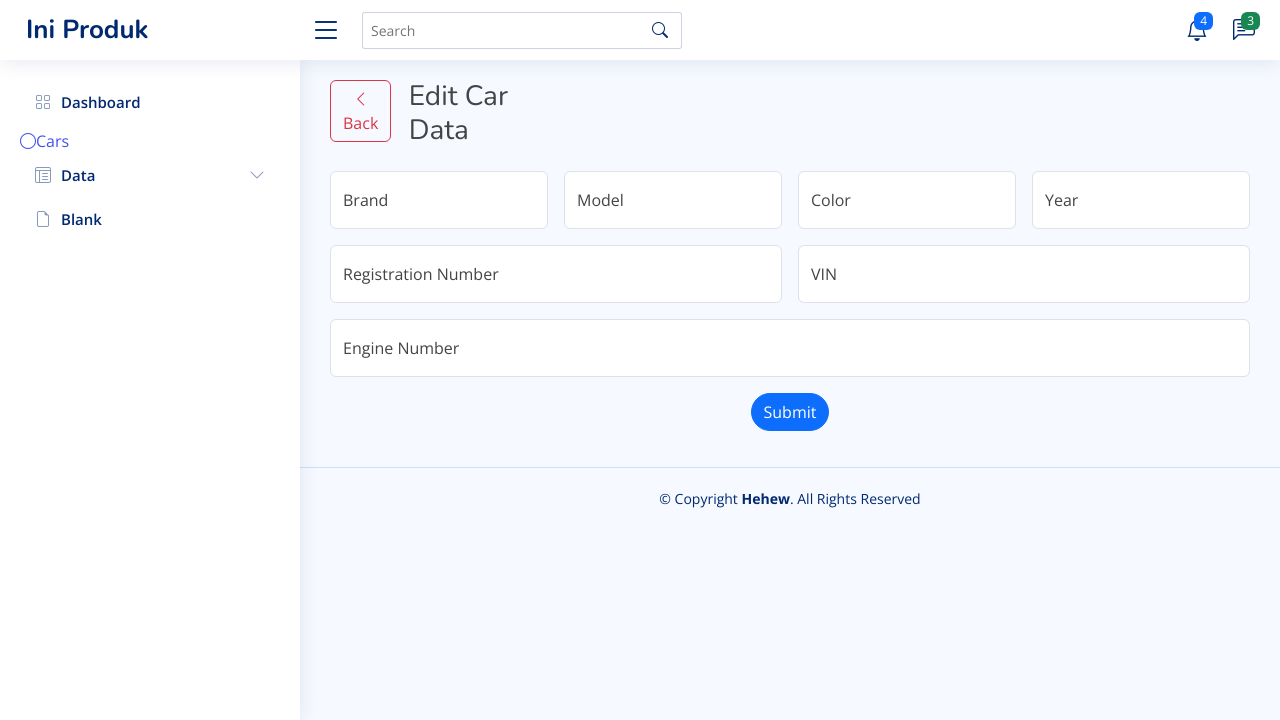
Repository: Jistoper/car_rental
Page: http://localhost/edit
These files come from the project's save history. The page is drawn as it stood at one moment and after the next save; the edit follows.
The browser window is 1280 px wide. The pictures show the whole page.
The page is served by the project's Laravel application, run on PHP 8.4 with Laravel 9. Other server files are loaded and not shown.

Above is the page before, as saved 2023-06-25 16:12:40.

### routes/web.php
<?php

use Illuminate\Support\Facades\Route;
use App\Http\Controllers\carcontroller;

/*
|--------------------------------------------------------------------------
| Web Routes
|--------------------------------------------------------------------------
|
| Here is where you can register web routes for your application. These
| routes are loaded by the RouteServiceProvider within a group which
| contains the "web" middleware group. Now create something great!
|
*/

Route::get('/dashboard', function () {
    return view('backsite.dashboard');
})->name('dashboard');

Route::controller(CarController::class)->as('car.')->group(function(){
    Route::get('/car', 'getall')->name('getall');
    Route::get('/create', 'create')->name('create');
    Route::post('/create', 'storeCar')->name('store');
    Route::get('/edit', 'editView')->name('edit');
    Route::post('/edit', 'storeEdit')->name('storeEdit');
    Route::delete('/car_delete_', 'delete')->name('delete');

    Route::get('/rent', 'getList')->name('getList');
    Route::get('/rent_car', 'rentView')->name('rentView');
    Route::post('/car/rent/{$car_id}', 'storeRent')->name('storeRent');
});

### app/Http/Controllers/carcontroller.php
<?php

namespace App\Http\Controllers;

use Illuminate\Http\Request;
use Illuminate\Support\Facades\Http;
use Illuminate\Support\Facades\View;


class CarController extends Controller
{
    // Start Car Data---------------------------------------------------------------------------------------
    public function getall()
    {
        $response = Http::get('http://localhost:8080/api/cars');
        $cars = json_decode($response, true);

        return view('backsite.content.car.cartable', ['Cars' => $cars['Cars']]);
    }

    public function create()
    {
        return view('backsite.content.car.createcar');
    }

    public function storeCar(Request $request)
    {
        $data = [
            "brand" => $request->brand,
            "model" => $request->model,
            "year" => intval($request->year),
            "registration_number" => $request->registration_number,
            "vin" => $request->vin,
            "engine_number" => $request->engine_number,
            "color" => $request->color,
            "is_available" => true
        ];

        $token = "eyJhbGciOiJIUzI1NiIsInR5cCI6IkpXVCJ9.eyJleHAiOjE2ODkxNjgwMjMsInN1YiI6InRlc3QxMiJ9.-ezLSqJzIuUbum_p1NXeInNHkG953SP_4fMdbOgrlUo"; // Replace with your actual auth token

        $response = Http::withHeaders([
            "Authorization" => "Bearer " . $token,
            "Content-Type" => "application/json",
        ])->post('http://localhost:8080/api/cars', $data);

        return redirect()->route('car.getall');
    }

    public function editView(Request $request)
    {
        $data = [
            "car_id" => $request->car_id,
            "brand" => $request->brand,
            "model" => $request->model,
            "year" => $request->year,
            "registration_number" => $request->registration_number,
            "vin" => $request->vin,
            "engine_number" => $request->engine_number,
            "color" => $request->color,
        ];

        return view('backsite.content.car.editcar')->with('data', $data);
    }

    public function storeEdit(Request $request)
    {
        $car_id = $request->input('car_id');

        $data = [
            "brand" => $request->brand,
            "model" => $request->model,
            "year" => intval($request->year),
            "registration_number" => $request->registration_number,
            "vin" => $request->vin,
            "engine_number" => $request->engine_number,
            "color" => $request->color,
            "is_available" => true
        ];

        $token = "eyJhbGciOiJIUzI1NiIsInR5cCI6IkpXVCJ9.eyJleHAiOjE2ODkxNjgwMjMsInN1YiI6InRlc3QxMiJ9.-ezLSqJzIuUbum_p1NXeInNHkG953SP_4fMdbOgrlUo"; // Replace with your actual auth token

        $response = Http::withHeaders([
            "Authorization" => "Bearer " . $token,
            "Content-Type" => "application/json",
        ])->put('http://localhost:8080/api/cars/' . $car_id, $data);

        return redirect()->route('car.getall');
    }

    public function delete(Request $request)
    {
        $car_id = $request->input('car_id');

        $data = [
            "id" => $car_id,
        ];

        $token = "eyJhbGciOiJIUzI1NiIsInR5cCI6IkpXVCJ9.eyJleHAiOjE2ODkxNjgwMjMsInN1YiI6InRlc3QxMiJ9.-ezLSqJzIuUbum_p1NXeInNHkG953SP_4fMdbOgrlUo";

        $response = Http::withHeaders([
            "Authorization" => "Bearer " . $token,
            "Content-Type" => "application/json",
        ])->delete('http://localhost:8080/api/cars', $data);

        return redirect()->back()->with('success', 'Car data deleted successfully.');
    }
    // End Car Data

    // Start Rent Data----------------------------------------------------------------------------------
    public function getList()
    {
        $response = Http::get('http://localhost:8080/api/cars');
        $cars = json_decode($response, true);

        return view('backsite.content.rent.renttable', ['Cars' => $cars['Cars']]);
    }

    public function rentView(Request $request)
    {
        $data = [
            "car_id" => $request->car_id,
            "brand" => $request->brand,
            "model" => $request->model,
            "registration_number" => $request->registration_number,
            "color" => $request->color,
        ];

        return view('backsite.content.rent.createrent')->with('data', $data);
    }

    public function storeRent(Request $request)
    {
        $data = [
            "user_id" => 2,
            "car_id" => $request->input('car_id'),
            "usage_region" => $request->usage_region,
            "rental_date" => $request->registration_number,
            "return_date" => $request->vin,
            "total_price" => $request->total_price,
            "is_completed" => false
        ];

        $token = "eyJhbGciOiJIUzI1NiIsInR5cCI6IkpXVCJ9.eyJleHAiOjE2ODkxNjgwMjMsInN1YiI6InRlc3QxMiJ9.-ezLSqJzIuUbum_p1NXeInNHkG953SP_4fMdbOgrlUo"; // Replace with your actual auth token

        $response = Http::withHeaders([
            "Authorization" => "Bearer " . $token,
            "Content-Type" => "application/json",
        ])->put('http://localhost:8080/api/cars/' . $car_id, $data);

        return redirect()->route('car.getlist');
    }
    // End Rent Data
}

### resources/views/backsite/content/car/editcar.blade.php
@extends('backsite.dashboard')

@section('content')

<div>
  <div class="row mb-3">
    <div class="col-md-1">
      <a type="button" href="{{ route('car.getall') }}" class="btn btn-outline-danger bi-chevron-left"> Back</a>
    </div>
    <h3 class="col-md-2">Edit Car Data</h3>
  </div>
    <form action="{{ route('car.storeEdit') }}" method="POST" class="row g-3">
        @csrf
        <input type="hidden" name="car_id" id="car_id" value="{{ $data['car_id'] }}">
        <div class="col-md-3">
            <div class="form-floating">
                <input type="text" name="brand" id="brand" class="form-control @error('brand') border-red-500 @enderror" value="{{ $data['brand'] }}" placeholder="Brand">
                <label for="brand">Brand</label>
            </div>
        </div>
        <div class="col-md-3">
            <div class="form-floating">
                <input type="text" name="model" id="model" class="form-control @error('model') border-red-500 @enderror" value="{{ $data['model'] }}" placeholder="Model">
                <label for="model">Model</label>
            </div>
        </div>
        <div class="col-md-3">
            <div class="form-floating">
                <input type="text" name="color" id="color" class="form-control @error('color') border-red-500 @enderror" value="{{ $data['color'] }}" placeholder="Color">
                <label for="color">Color</label>
            </div>
        </div>
        <div class="col-md-3">
            <div class="form-floating">
                <input type="text" name="year" id="year" class="form-control @error('year') border-red-500 @enderror" value="{{ $data['year'] }}" placeholder="Year">
                <label for="year">Year</label>
            </div>
        </div>
        <div class="col-md-6">
          <div class="form-floating">
            <input type="text" name="registration_number" id="registration_number" class="form-control @error('registration_number') border-red-500 @enderror" value="{{ $data['registration_number'] }}" placeholder="Registration Number">
            <label for="registration_number">Registration Number</label>
          </div>
        </div>
        <div class="col-md-6">
          <div class="col-md-12">
            <div class="form-floating">
                <input type="text" name="vin" id="vin" class="form-control @error('vin') border-red-500 @enderror" value="{{ $data['vin'] }}" placeholder="VIN">
              <label for="vin">VIN</label>
            </div>
          </div>
        </div>
        <div class="col-md-12">
          <div class="form-floating">
            <input type="text" name="engine_number" id="engine_number" class="form-control @error('engine_number') border-red-500 @enderror" value="{{ $data['engine_number'] }}" placeholder="Engine Number">
            <label for="engine_number">Engine Number</label>
          </div>
        </div>
        <div class="text-center mb-3">
            <button class="btn btn-primary rounded-pill" onclick="getContent()" type="submit">
                <span>
                    Submit
                </span>
            </button>
        </div>
      </form><!-- End floating Labels Form -->
</div>

@endsection

### resources/views/backsite/partials/sidebar.blade.php
<aside id="sidebar" class="sidebar">

    <ul class="sidebar-nav" id="sidebar-nav">

      <li class="nav-item">
        <a class="nav-link collapsed" href="{{ route('dashboard') }}">
          <i class="bi bi-grid"></i>
          <span>Dashboard</span>
        </a>
      </li><!-- End Dashboard Nav -->

      <li class="nav-item">
        <li>
          <a href="{{ route('car.getall') }}">
            <i class="bi bi-circle"></i><span>Cars</span>
          </a>
        </li>
        <a class="nav-link collapsed" data-bs-target="#tables-nav" data-bs-toggle="collapse" href="#">
          <i class="bi bi-layout-text-window-reverse"></i><span>Data</span><i class="bi bi-chevron-down ms-auto"></i>
        </a>
        <ul id="tables-nav" class="nav-content collapse " data-bs-parent="#sidebar-nav">
          <li>
            <a href="{{ route('car.getList') }}">
              <i class="bi bi-circle"></i><span>Rental</span>
            </a>
          </li>
        </ul>
      </li><!-- End Tables Nav -->

      {{-- <li class="nav-item">
        <a class="nav-link collapsed" data-bs-target="#forms-nav" data-bs-toggle="collapse" href="#">
          <i class="bi bi-journal-text"></i><span>Forms</span><i class="bi bi-chevron-down ms-auto"></i>
        </a>
        <ul id="forms-nav" class="nav-content collapse " data-bs-parent="#sidebar-nav">
          <li>
            <a href="forms-elements.html">
              <i class="bi bi-circle"></i><span>Form Elements</span>
            </a>
          </li>
          <li>
            <a href="forms-layouts.html">
              <i class="bi bi-circle"></i><span>Form Layouts</span>
            </a>
          </li>
          <li>
            <a href="forms-editors.html">
              <i class="bi bi-circle"></i><span>Form Editors</span>
            </a>
          </li>
          <li>
            <a href="forms-validation.html">
              <i class="bi bi-circle"></i><span>Form Validation</span>
            </a>
          </li>
        </ul>
      </li>

      <li class="nav-item">
        <a class="nav-link collapsed" data-bs-target="#icons-nav" data-bs-toggle="collapse" href="#">
          <i class="bi bi-gem"></i><span>Icons</span><i class="bi bi-chevron-down ms-auto"></i>
        </a>
        <ul id="icons-nav" class="nav-content collapse " data-bs-parent="#sidebar-nav">
          <li>
            <a href="icons-bootstrap.html">
              <i class="bi bi-circle"></i><span>Bootstrap Icons</span>
            </a>
          </li>
          <li>
            <a href="icons-remix.html">
              <i class="bi bi-circle"></i><span>Remix Icons</span>
            </a>
          </li>
          <li>
            <a href="icons-boxicons.html">
              <i class="bi bi-circle"></i><span>Boxicons</span>
            </a>
          </li>
        </ul>
      </li>

      <li class="nav-heading">Pages</li>

      <li class="nav-item">
        <a class="nav-link collapsed" href="users-profile.html">
          <i class="bi bi-person"></i>
          <span>Profile</span>
        </a>
      </li>

      <li class="nav-item">
        <a class="nav-link collapsed" href="pages-faq.html">
          <i class="bi bi-question-circle"></i>
          <span>F.A.Q</span>
        </a>
      </li>

      <li class="nav-item">
        <a class="nav-link collapsed" href="pages-contact.html">
          <i class="bi bi-envelope"></i>
          <span>Contact</span>
        </a>
      </li>

      <li class="nav-item">
        <a class="nav-link collapsed" href="pages-register.html">
          <i class="bi bi-card-list"></i>
          <span>Register</span>
        </a>
      </li>

      <li class="nav-item">
        <a class="nav-link collapsed" href="pages-login.html">
          <i class="bi bi-box-arrow-in-right"></i>
          <span>Login</span>
        </a>
      </li>

      <li class="nav-item">
        <a class="nav-link collapsed" href="pages-error-404.html">
          <i class="bi bi-dash-circle"></i>
          <span>Error 404</span>
        </a>
      </li> --}}

      <li class="nav-item">
        <a class="nav-link collapsed" href="pages-blank.html">
          <i class="bi bi-file-earmark"></i>
          <span>Blank</span>
        </a>
      </li>

    </ul>

  </aside><!-- End Sidebar-->

### public/assets/simple-datatables/style.css
.datatable-wrapper.no-header .datatable-container {
	border-top: 1px solid #d9d9d9;
}

.datatable-wrapper.no-footer .datatable-container {
	border-bottom: 1px solid #d9d9d9;
}

.datatable-top,
.datatable-bottom {
	padding: 8px 10px;
}

.datatable-top > nav:first-child,
.datatable-top > div:first-child,
.datatable-bottom > nav:first-child,
.datatable-bottom > div:first-child {
	float: left;
}

.datatable-top > nav:last-child,
.datatable-top > div:last-child,
.datatable-bottom > nav:last-child,
.datatable-bottom > div:last-child {
	float: right;
}

.datatable-selector {
	padding: 6px;
}

.datatable-input {
	padding: 6px 12px;
}

.datatable-info {
	margin: 7px 0;
}

/* PAGER */
.datatable-pagination ul {
	margin: 0;
	padding-left: 0;
}

.datatable-pagination li {
	list-style: none;
	float: left;
}

.datatable-pagination li.datatable-hidden {
    visibility: hidden;
}

.datatable-pagination a {
	border: 1px solid transparent;
	float: left;
	margin-left: 2px;
	padding: 6px 12px;
	position: relative;
	text-decoration: none;
	color: #333;
    cursor: pointer;
}

.datatable-pagination a:hover {
	background-color: #d9d9d9;
}

.datatable-pagination .datatable-active a,
.datatable-pagination .datatable-active a:focus,
.datatable-pagination .datatable-active a:hover {
	background-color: #d9d9d9;
	cursor: default;
}

.datatable-pagination .datatable-ellipsis a,
.datatable-pagination .datatable-disabled a,
.datatable-pagination .datatable-disabled a:focus,
.datatable-pagination .datatable-disabled a:hover {
    pointer-events: none;
    cursor: default;
}

.datatable-pagination .datatable-disabled a,
.datatable-pagination .datatable-disabled a:focus,
.datatable-pagination .datatable-disabled a:hover {
	cursor: not-allowed;
	opacity: 0.4;
}

.datatable-pagination .datatable-pagination a {
	font-weight: bold;
}

/* TABLE */
.datatable-table {
	max-width: 100%;
	width: 100%;
	border-spacing: 0;
	border-collapse: separate;
}

.datatable-table > tbody > tr > td,
.datatable-table > tbody > tr > th,
.datatable-table > tfoot > tr > td,
.datatable-table > tfoot > tr > th,
.datatable-table > thead > tr > td,
.datatable-table > thead > tr > th {
	vertical-align: top;
	padding: 8px 10px;
}

.datatable-table > thead > tr > th {
	vertical-align: bottom;
	text-align: left;
	border-bottom: 1px solid #d9d9d9;
}

.datatable-table > tfoot > tr > th {
	vertical-align: bottom;
	text-align: left;
	border-top: 1px solid #d9d9d9;
}

.datatable-table th {
	vertical-align: bottom;
	text-align: left;
}

.datatable-table th a {
	text-decoration: none;
	color: inherit;
}

.datatable-sorter, .datatable-filter {
	display: inline-block;
	height: 100%;
	position: relative;
	width: 100%;
}

.datatable-sorter::before,
.datatable-sorter::after {
	content: "";
	height: 0;
	width: 0;
	position: absolute;
	right: 4px;
	border-left: 4px solid transparent;
	border-right: 4px solid transparent;
	opacity: 0.2;
}


.datatable-sorter::before {
	border-top: 4px solid #000;
	bottom: 0px;
}

.datatable-sorter::after {
	border-bottom: 4px solid #000;
	border-top: 4px solid transparent;
	top: 0px;
}

.datatable-ascending .datatable-sorter::after,
.datatable-descending .datatable-sorter::before,
.datatable-ascending .datatable-filter::after,
.datatable-descending .datatable-filter::before {
	opacity: 0.6;
}

.datatable-filter::before {
    content: "";
    position: absolute;
    right: 4px;
    opacity: 0.2;
    width: 0;
    height: 0;
    border-left: 7px solid transparent;
    border-right: 7px solid transparent;
	border-radius: 50%;
    border-top: 10px solid #000;
    top: 25%;
}

.datatable-filter-active .datatable-filter::before {
    opacity: 0.6;
}

.datatable-empty {
	text-align: center;
}

.datatable-top::after, .datatable-bottom::after {
	clear: both;
	content: " ";
	display: table;
}

table.datatable-table:focus tr.datatable-cursor > td:first-child {
	border-left: 3px blue solid;
}

table.datatable-table:focus {
	outline: solid 1px black;
    outline-offset: -1px;
}

Loaded but not shown: app/Http/Controllers/Controller.php (common file); public/assets/bootstrap/css/bootstrap.min.css (library); public/assets/bootstrap-icons/bootstrap-icons.css (library); public/assets/boxicons/css/boxicons.min.css (library); public/assets/apexcharts/apexcharts.min.js (library); public/assets/bootstrap/js/bootstrap.bundle.min.js (library); public/assets/chart.js/chart.umd.js (library); public/assets/echarts/echarts.min.js (library); public/assets/quill/quill.min.js (library); public/assets/simple-datatables/simple-datatables.js (library); public/assets/tinymce/tinymce.min.js (library); public/js/main.js (321 lines, source omitted); public/assets/php-email-form/validate.js (85 lines, source omitted); public/assets/remixicon/remixicon.css (2526 lines, source omitted); resources/views/backsite/dashboard.blade.php (740 lines, source omitted); public/assets/quill/quill.bubble.css (952 lines, source omitted); public/assets/quill/quill.snow.css (945 lines, source omitted); public/css/style.css (1233 lines, source omitted); resources/views/backsite/partials/header.blade.php (225 lines, source omitted)

After the next save:
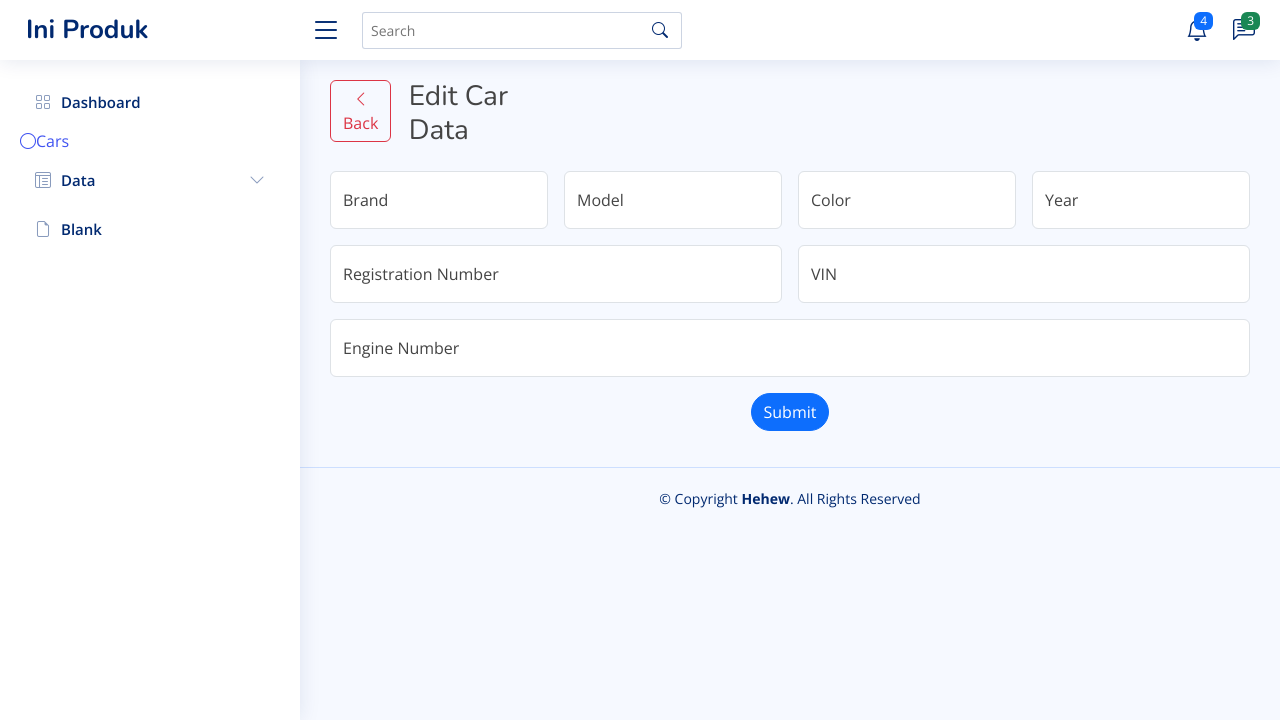
Saved 20 s later.
--- a/resources/views/backsite/partials/sidebar.blade.php
+++ b/resources/views/backsite/partials/sidebar.blade.php
@@ -10,11 +10,12 @@
       </li><!-- End Dashboard Nav -->
 
       <li class="nav-item">
-        <li>
-          <a href="{{ route('car.getall') }}">
-            <i class="bi bi-circle"></i><span>Cars</span>
-          </a>
-        </li>
+        <a href="{{ route('car.getall') }}">
+          <i class="bi bi-circle"></i><span>Cars</span>
+        </a>
+      </li>
+      <li class="nav-item">
+
         <a class="nav-link collapsed" data-bs-target="#tables-nav" data-bs-toggle="collapse" href="#">
           <i class="bi bi-layout-text-window-reverse"></i><span>Data</span><i class="bi bi-chevron-down ms-auto"></i>
         </a>
